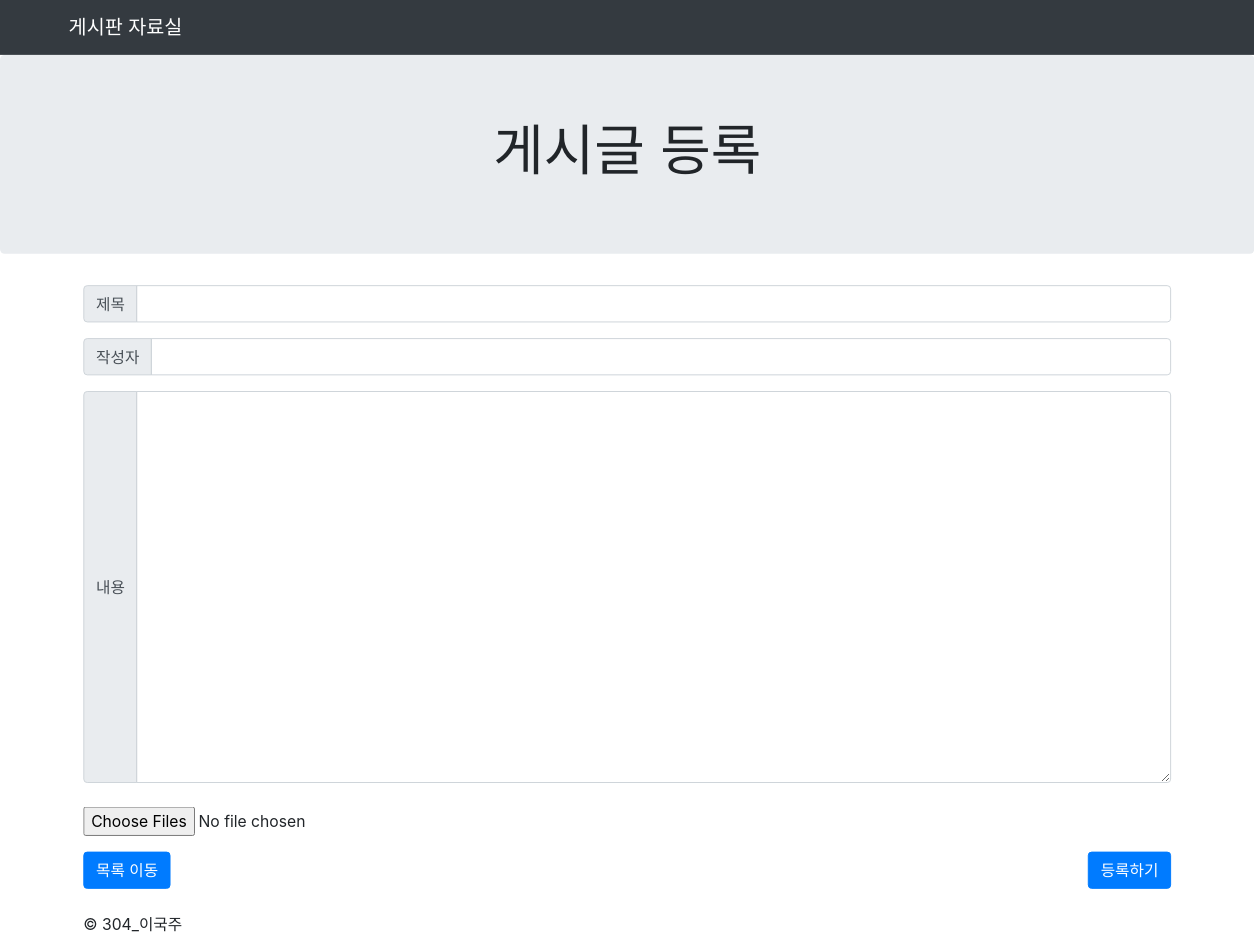
Repository: LeeKukJu/JSP-Study
Page: http://localhost/JSPBook/ch11/totaltest/boardUpdateForm.jsp?b1naGC
The author's editor kept a copy of each file at every save. The page is drawn from the files as they stood at one save, then again after the next save.
The browser window is 1280 px wide. The pictures show the whole page, at 98% of full size.
The page is served by Tomcat 9. Nobody is signed in. The application's start-up code is not run.

Above is the page before, as saved 2023-02-04 05:23:31.

After the next save:
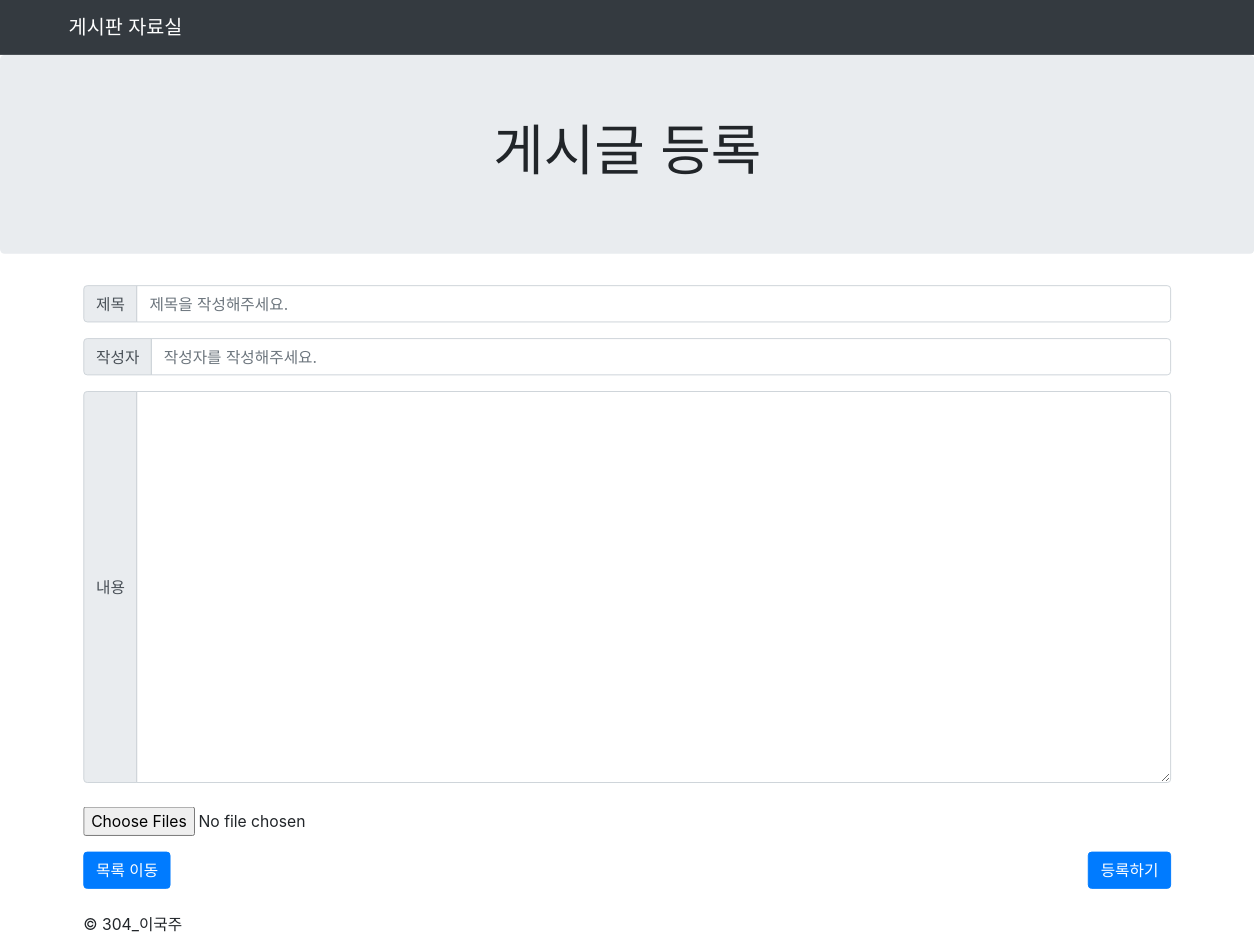
Saved 67 s later.
--- a/JSPBook/WebContent/ch11/totaltest/boardUpdateForm.jsp
+++ b/JSPBook/WebContent/ch11/totaltest/boardUpdateForm.jsp
@@ -90,7 +90,7 @@
 							<span class="input-group-text" id="basic-addon1">제목</span>
 						</div>
 						<input type="text" class="form-control" name="title"
-							placeholder='<c:out value="${board.title }" ></c:out>' aria-label="Username"
+							placeholder="제목을 작성해주세요." aria-label="Username"
 							aria-describedby="basic-addon1">
 					</div>
 
@@ -100,7 +100,7 @@
 							<span class="input-group-text" id="basic-addon2">작성자</span>
 						</div>
 						<input type="text" class="form-control" name="author"
-							placeholder="${board.author }" aria-label="Username"
+							placeholder="작성자를 작성해주세요." aria-label="Username"
 							aria-describedby="basic-addon2">
 					</div>
 
